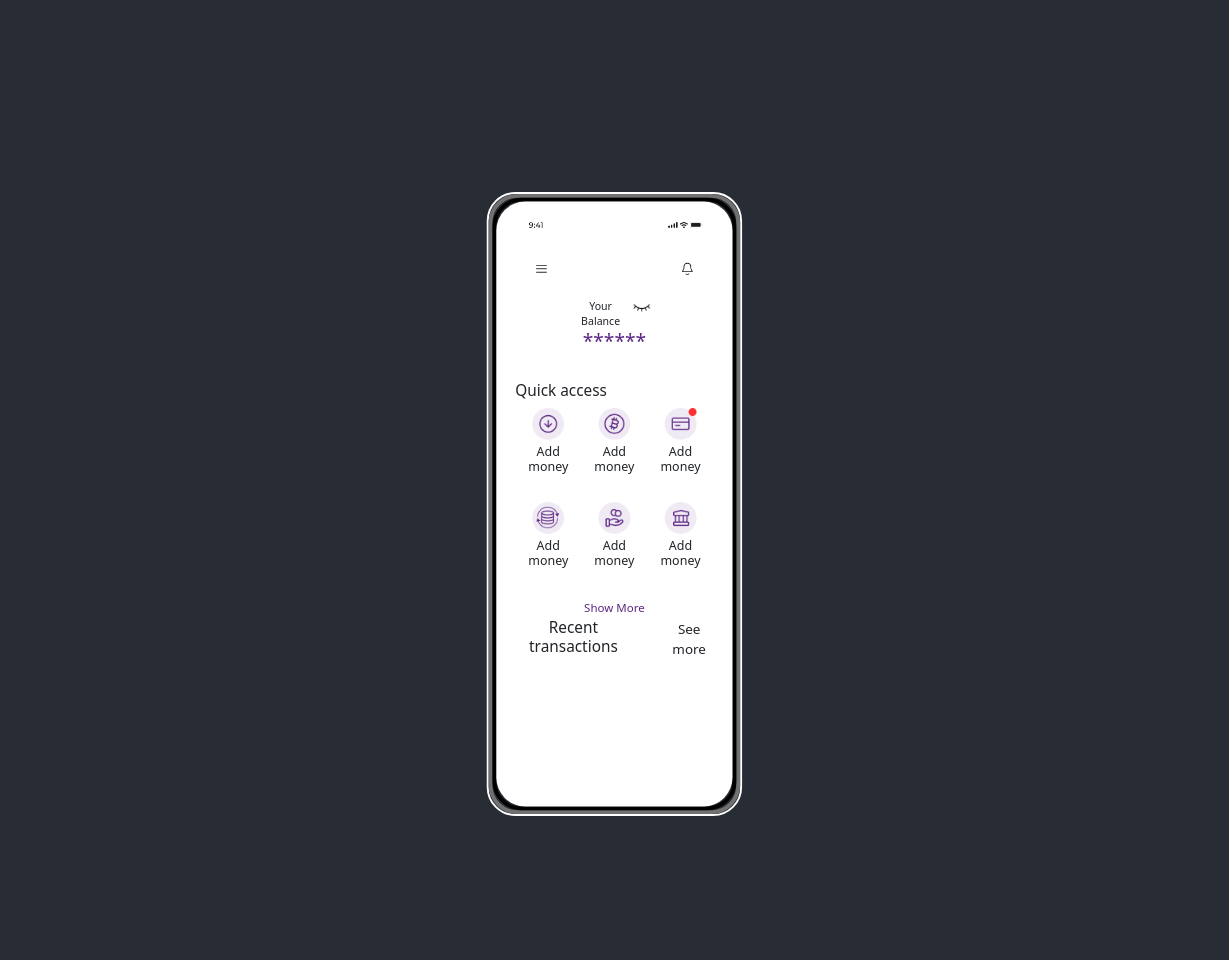
Repository: sarahnnanyelugo/fcmb-hackathon
Page: /
The author's editor kept a copy of each file at every save. The page is drawn from the files as they stood at one save, then again after a run of saves.
The browser window is 1280 px wide. The pictures show the whole page, at 96% of full size.
The project was rebuilt for these pictures with package versions that can differ from the ones it lists, and the page was loaded fresh each time.

Above is the page before, as saved 2023-10-28 18:43:32.

After the next 2 saves:
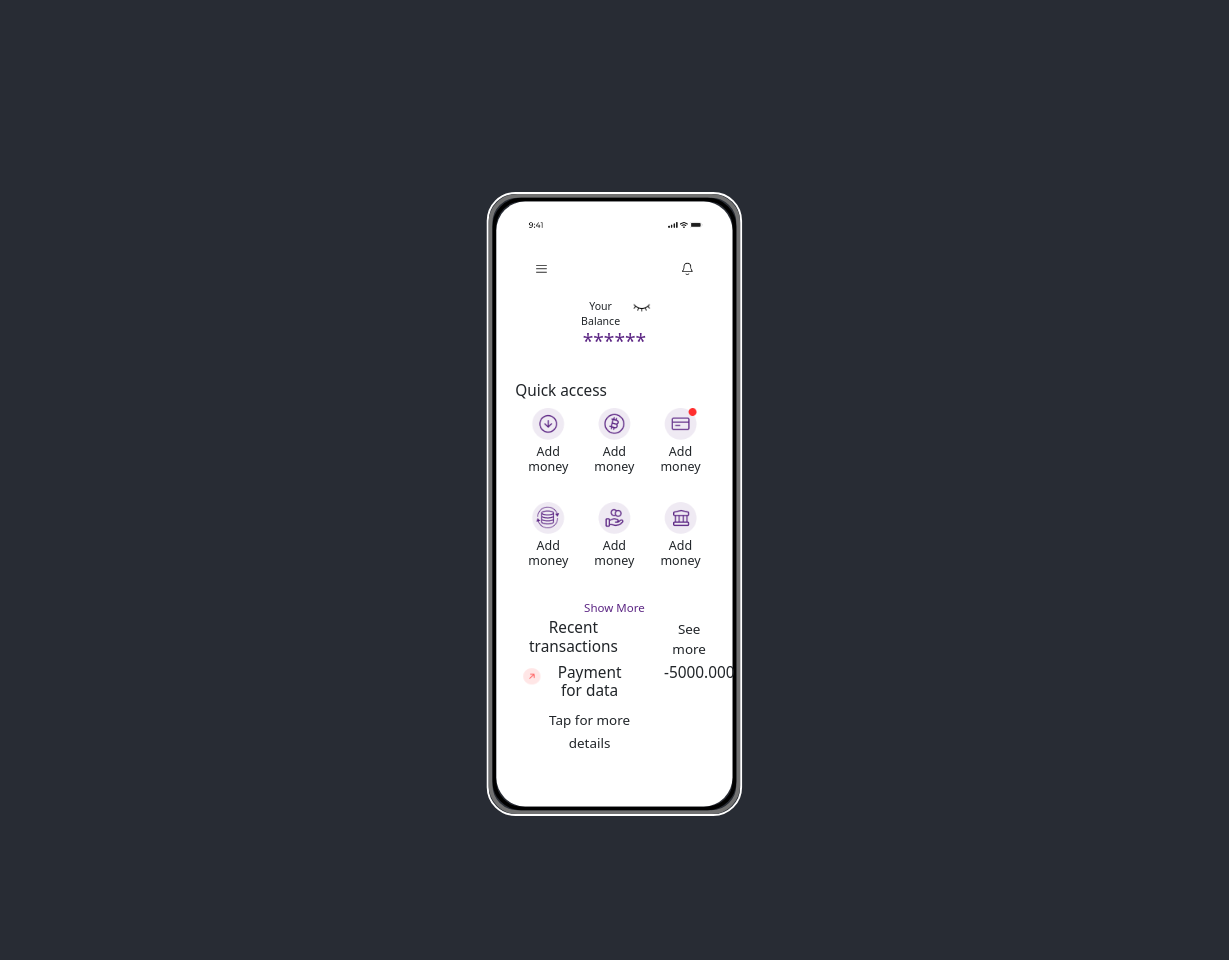
The 2 saves are shown as one change because 1 did not build or start.
The last was saved 2 min 11 s later.
--- a/src/App.js
+++ b/src/App.js
@@ -10,6 +10,7 @@ import Card from "./assets/images/atm.png";
 import Mobile from "./assets/images/topup.png";
 import Lending from "./assets/images/lend.png";
 import Data from "./assets/images/data.png";
+import Arrow from "./assets/images/arrow.png";
 import "./App.scss";
 import { useState } from "react";
 
@@ -111,9 +112,17 @@ function App() {
                       </div>
                       <div className="transactions">
                         <div className="flexy">
-                          <div className="col-md-2"></div>
-                          <div className="col-md-5"></div>
-                          <div className="col-md-3 offset-md-2"></div>
+                          <div className="col-md-2">
+                            {" "}
+                            <img src={Arrow} alt="icon" width="50%" />
+                          </div>
+                          <div className="col-md-5">
+                            <h6>Payment for data</h6>
+                            <small>Tap for more details</small>
+                          </div>
+                          <div className="col-md-3 offset-md-2">
+                            <h6>-5000.000</h6>
+                          </div>
                         </div>
                       </div>
                     </div>
